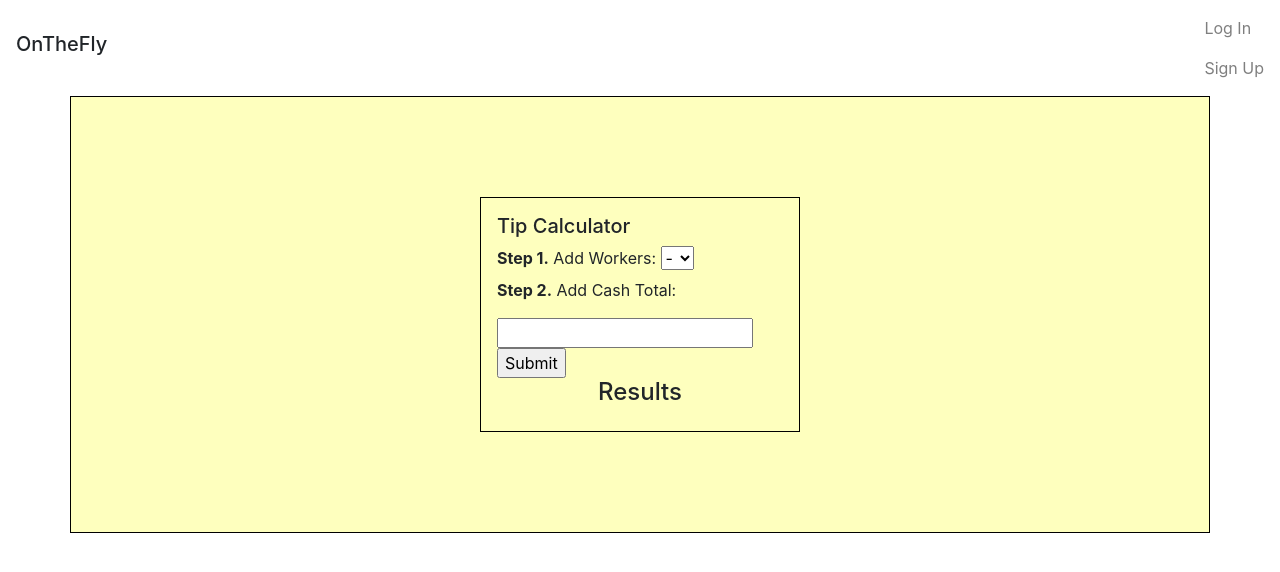
Repository: PBillingsby/on-the-fly
Page: on-the-fly-frontend/index.html
An editor plug-in stored every save of this project. The page is shown before and after the next save, followed by the edit.
The browser window is 1280 px wide. The pictures show the whole page.

Above is the page before, as saved 2020-07-13 16:28:04.

### on-the-fly-frontend/index.html
<!DOCTYPE html>
<html lang="en">
<head>
  <meta charset="UTF-8">
  <meta name="viewport" content="width=device-width, initial-scale=1.0">
  <meta http-equiv="X-UA-Compatible" content="ie=edge">
  <link rel="stylesheet" href="https://stackpath.bootstrapcdn.com/bootstrap/4.3.1/css/bootstrap.min.css" integrity="sha384-ggOyR0iXCbMQv3Xipma34MD+dH/1fQ784/j6cY/iJTQUOhcWr7x9JvoRxT2MZw1T" crossorigin="anonymous">
  <link rel="stylesheet" href="css/style.css">
  <script src="scripts/tipScript.js"></script>
  <title>Document</title>
</head>
<body>
  <header class="navbar navbar-light">
    <h5>OnTheFly</h5>
    <div>
      <ul class="navbar-nav mr-auto d-inline">
        <li class="nav-item-active">
          <a href="#login" class="nav-link">Log In</a>
        </li>
        <li class="nav-item-active">
          <a href="#signup" class="nav-link">Sign Up</a>
        </li>
      </ul>
    </div>
  </header>
  <div class="container">
    <div class="tip-calculator mx-auto">
        <div id="worker-form" class="mx-auto">
          <h5>Tip Calculator</h5>
          <label><strong>Step 1.</strong> Add Workers:</label>
          <select name="worker" id="addworker" onchange="addWorker(value)">
            <option value="-" disable>-</option>
            <option value="1">1</option>
            <option value="2">2</option>
            <option value="3">3</option>
            <option value="4">4</option>
            <option value="5">5</option>

          </select>

          <form id="form-block">
          </form>
          <p><strong>Step 2.</strong> Add Cash Total:</p><input type="number" placeholder="" id="cashTips"></span>
          <input type="submit" placeholder="Add Cash" onclick="calculateTips()">

        </div>
        <div id="results" class="mx-auto">
          <h4 class="text-center">Results</h4>
        </div>
      </div>
  </div>

</body>
</html>

### on-the-fly-frontend/css/style.css
.container {
  background-color: rgb(254, 255, 190);
  border: 1px solid black;
  padding: 100px;
}

.tip-calculator {
  padding: 1rem;
  width: 25vw;
  border: 1px solid black;
}
@media(max-width: 640px) {
  .container {
    width: 75%;
    display: block;
    text-align: center;
    padding: 25px;
  }
  #worker-form {
    padding: 10px;
  }
}

### on-the-fly-frontend/scripts/tipScript.js
function addWorker(value) {
  const form = document.getElementById('form-block');
  form.addEventListener("submit", () => {
    event.preventDefault();
  })
  for (i = 0; i < value; i++) {
    const newForm = `
  <div id="worker[${i + 1}]" class="worker-div">
    <h4>Worker ${i + 1}</h4>
    <div class="form-group">
      <input type="text" name="worker" class="" placeholder="Worker Name">
    </div>
    <div class="form-group">
      <input type="number" name="hours" placeholder="Hours Worked">
    </div>
  </div>`;
    document.getElementById('form-block').innerHTML += newForm;
  }
  if (document.getElementById('form-block').childNodeCount > 0) {
      event.preventDefault();
      }
}

function calculateTips() {
  let workers = [];
  let cashTip = parseInt(document.getElementById('cashTips').value)
  for (let i = 0; i < document.getElementsByClassName('worker-div').length; i++) {
    let workerInfo = {
      name: document.getElementById(`worker[${i + 1}]`).querySelector('input').value,
      hours: parseInt(document.getElementById(`worker[${i + 1}]`).querySelectorAll('input')[1].value) // Multiply by hourly
    }
    workers.push(workerInfo)
  }
  returnTips(workers, cashTip);
}

function returnTips(arr, cashTips) {
  let count = 0;
  arr.forEach(obj => count += obj.hours)
  const hourly = cashTips / count;
  arr.forEach(worker => {
    document.getElementById('results').innerHTML = `<h4>${worker.name} you made $${parseFloat(worker.hours * hourly).toFixed(2)}</h4>`;
  })
  document.getElementById('results').innerHTML += ` <button type="submit" onclick="refreshPage()">Reload</button>`
}

function refreshPage() {
  window.location.href = window.location.href
}

After the next save:
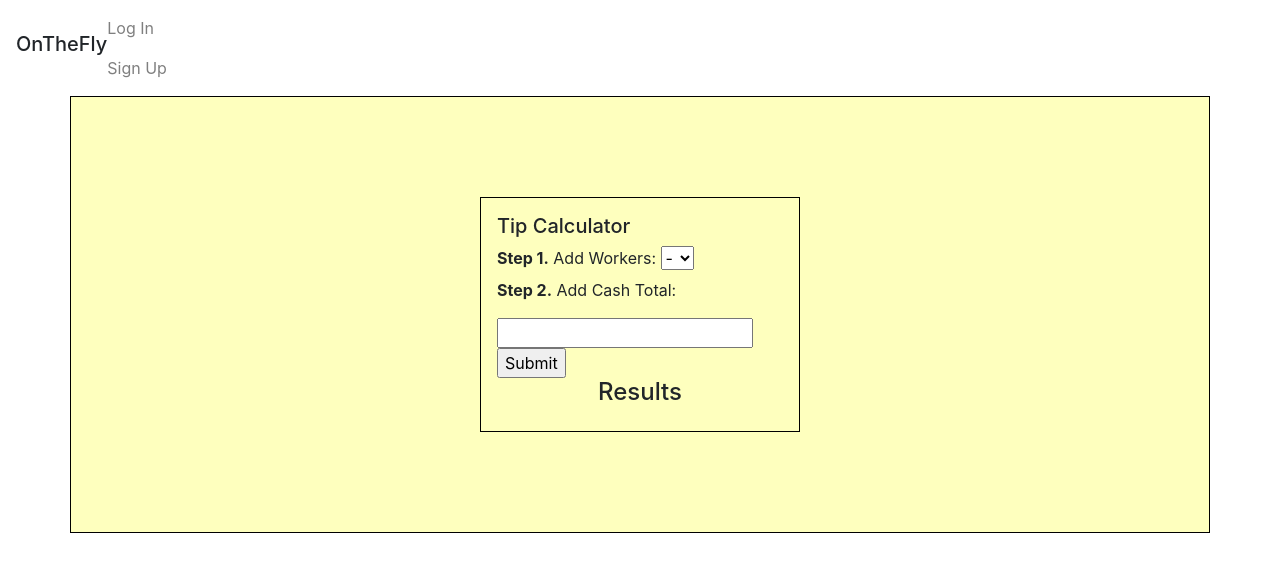
Saved 35 s later.
--- a/on-the-fly-frontend/index.html
+++ b/on-the-fly-frontend/index.html
@@ -12,16 +12,14 @@
 <body>
   <header class="navbar navbar-light">
     <h5>OnTheFly</h5>
-    <div>
-      <ul class="navbar-nav mr-auto d-inline">
-        <li class="nav-item-active">
-          <a href="#login" class="nav-link">Log In</a>
-        </li>
-        <li class="nav-item-active">
-          <a href="#signup" class="nav-link">Sign Up</a>
-        </li>
-      </ul>
-    </div>
+    <ul class="navbar-nav mr-auto d-inline">
+      <li class="nav-item-active">
+        <a href="#login" class="nav-link">Log In</a>
+      </li>
+      <li class="nav-item-active">
+        <a href="#signup" class="nav-link">Sign Up</a>
+      </li>
+    </ul>
   </header>
   <div class="container">
     <div class="tip-calculator mx-auto">

After the save that followed:
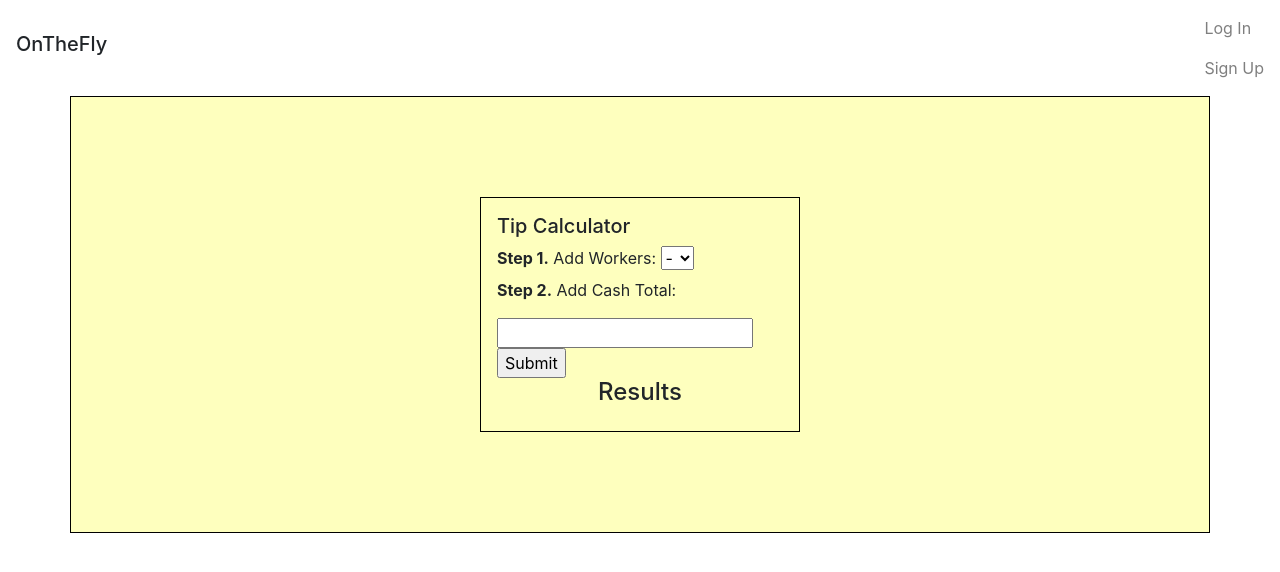
Saved 5 s later.
--- a/on-the-fly-frontend/index.html
+++ b/on-the-fly-frontend/index.html
@@ -12,14 +12,16 @@
 <body>
   <header class="navbar navbar-light">
     <h5>OnTheFly</h5>
-    <ul class="navbar-nav mr-auto d-inline">
-      <li class="nav-item-active">
-        <a href="#login" class="nav-link">Log In</a>
-      </li>
-      <li class="nav-item-active">
-        <a href="#signup" class="nav-link">Sign Up</a>
-      </li>
-    </ul>
+    <div>
+      <ul class="navbar-nav mr-auto d-inline">
+        <li class="nav-item-active">
+          <a href="#login" class="nav-link">Log In</a>
+        </li>
+        <li class="nav-item-active">
+          <a href="#signup" class="nav-link">Sign Up</a>
+        </li>
+      </ul>
+    </div>
   </header>
   <div class="container">
     <div class="tip-calculator mx-auto">
